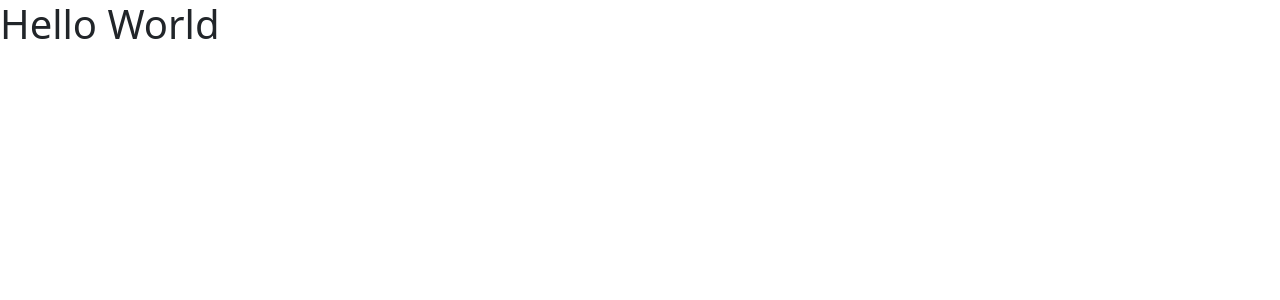
Repository: NitSharma87/Advance-Java
Page: http://localhost/Servlet_Excercise/
The author's editor kept a copy of each file at every save. The page is drawn from the files as they stood at one save, then again after the next save.
The browser window is 1280 px wide. The pictures show the whole page.
The page is served by Tomcat 10.

Above is the page before, as saved 2026-07-07 10:22:28.

After the next save:
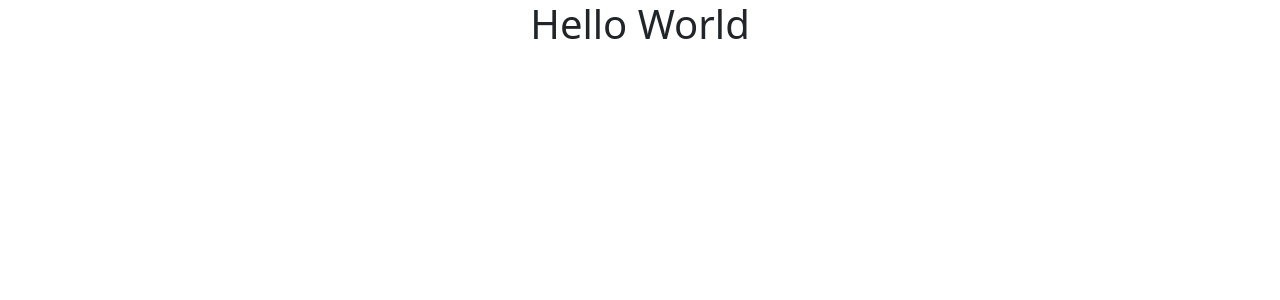
Saved 2 min 2 s later.
--- a/Servlet Excercise/src/main/webapp/index.jsp
+++ b/Servlet Excercise/src/main/webapp/index.jsp
@@ -10,9 +10,10 @@
 	rel="stylesheet">
 </head>
 <body>
+<div align="center">
 <h1>Hello World</h1>
-
-
+<a href="/"></a>
+</div>
 
 	<script src="https://cdn.jsdelivr.net/npm/bootstrap@5.0.2/dist/js/bootstrap.min.js" ></script>
 </body>
